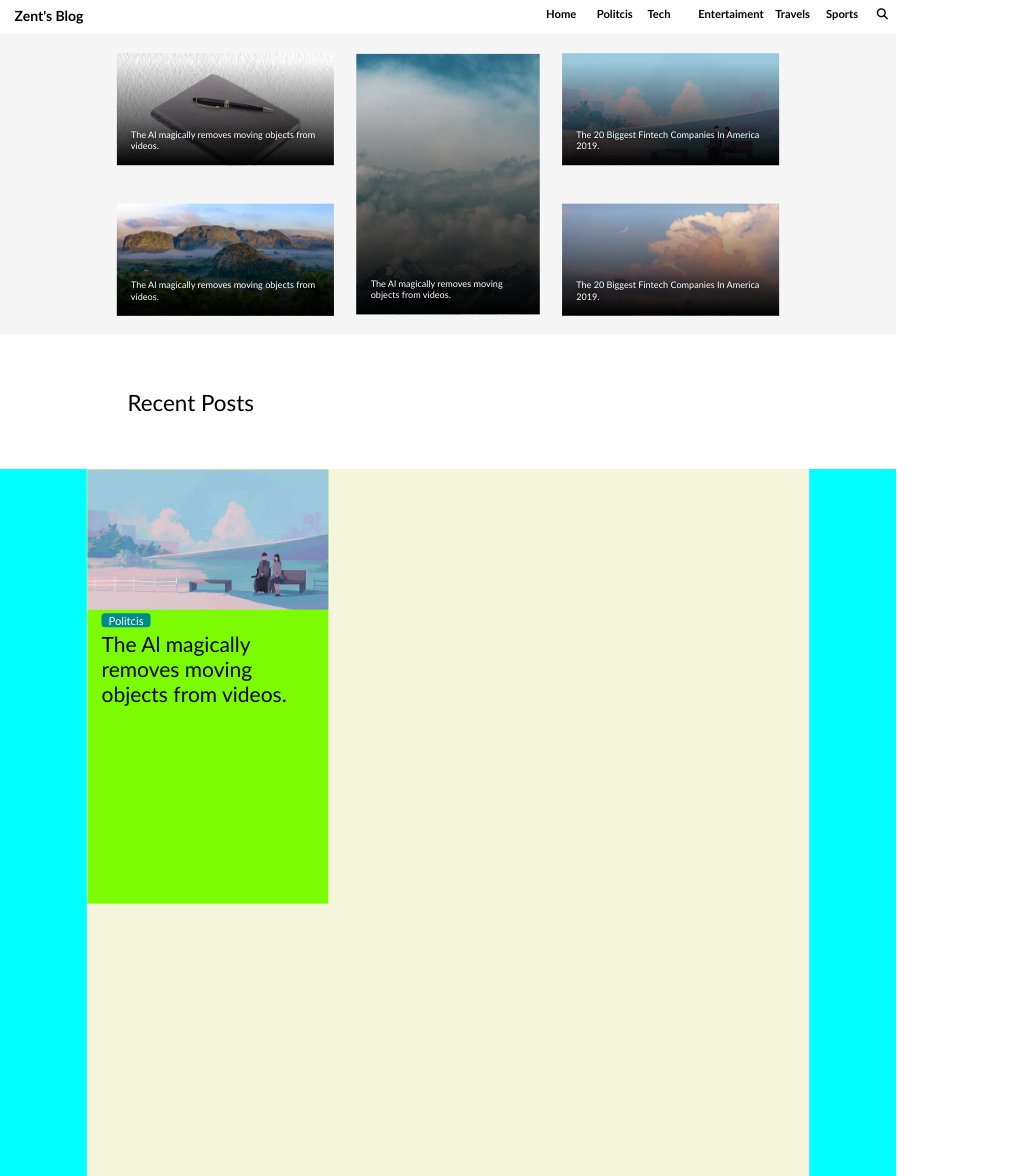
Repository: giacatdat2k5/html3
Page: html3.vs/7.1.html
These files come from the project's save history. The page is drawn as it stood at one moment and after a run of saves; the edit follows.
The browser window is 1280 px wide. The page is 1462 px wide, so the pictures cover 1462 px, including what lies to the right of the window. The pictures show the part of the page from y = 0 to 1680 px (the page is 2671 px tall), at 70% of full size.

Above is the page before, as saved 2023-09-27 15:22:43.

### html3.vs/7.1.html
<!DOCTYPE html>
<html lang="en">
<head>
    <meta charset="UTF-8">
    <meta name="viewport" content="width=device-width, initial-scale=1.0">
    <title>7.2</title>
    <link rel="stylesheet" type="text/css" href="7.1.css">
    <link rel="stylesheet" href="https://cdnjs.cloudflare.com/ajax/libs/font-awesome/6.4.2/css/all.min.css"/>
</head>
<body>
    <div id="header">
        <div class="logo">Zent's Blog </div>
        <div class="menu">
            <div class="items">Home</div>
            <div class="items">Politcis</div>
            <div class="items">Tech</div>
            <div class="items">Entertaiment</div>
            <div class="items">Travels</div>
            <div class="items">Sports</div>
            <div class="search"><i class="fa-solid fa-magnifying-glass"></i></div>
        </div>
    </div>
    <div id="content">
        <div class="left">
            <div class="imageleft">
                <div class="iamge1">
                    <div class="edit">The Al magically removes moving objects from videos.</div>
                </div>
                <div class="iamge2">
                    <div class="edit">The Al magically removes moving objects from videos.</div>
                </div>
            </div>
        </div>
        <div class="center">
            <div class="imagecenter">
                <div class="iamge3">
                    <div class="edit">The Al magically removes moving objects from videos.</div>
                </div>
            </div>
        </div>
        <div class="right">
            <div class="iamgeright">
                <div class="iamge4">
                    <div class="edit">
                        The 20 Biggest Fintech Companies In
                        America 2019.</div>
                </div>
                <div class="iamge5">
                    <div class="edit">
                        The 20 Biggest Fintech Companies In
                        America 2019.</div>
                </div>
            </div>
        </div>
    </div>
    <div id="header2">Recent Posts
    </div>
    <div id="content2">
        <div class="centercontent2">
            <div class="ccitems">
                <div class="picture"></div>
                <div class="tag">
                    <div class="tagitem">Politcis</div>
                </div>
                <div class="text">The Al magically removes moving objects from videos.</div>
            </div></div>
            </div>
            <div class="ccitems"></div>
            <div class="ccitems"></div>
            <div class="ccitems"></div>
            <div class="ccitems"></div>
            <div class="ccitems"></div>
            <div class="ccitems"></div>
            <div class="ccitems"></div>
            <div class="ccitems"></div>
        </div>
    </div>
</body>
</html>

### html3.vs/7.1.css
@media all and (min-width: 992px){
*{
    margin:0;
    padding: 0;
    font-family:'Trebuchet MS', 'Lucida Sans Unicode', 'Lucida Grande', 'Lucida Sans', Arial, sans-serif;
}
#header{
    width: 100%;
    height: 3em;
    display: flex;
    justify-content: space-between;
}
.logo{
    font-size: 20px;
    width: 120px;
    text-align: center;
    padding: 10px;
    font-weight: bold;
    font-family:'Trebuchet MS', 'Lucida Sans Unicode', 'Lucida Grande', 'Lucida Sans', Arial, sans-serif;

}
.menu{
    width: 510px;
    display: flex;
}
.items{
    width: 90px;
    padding: 10px;
    font-weight: bold;
    font-family:'Trebuchet MS', 'Lucida Sans Unicode', 'Lucida Grande', 'Lucida Sans', Arial, sans-serif;
}
.search{
    width: 30px;
    padding: 10px;
}
#content{
    width: 100%;
    height: 430px;
    background-color:whitesmoke;
    display: flex;
}
.left{
    width: 38%;
    height: 100%;

    display: flex;
    justify-content: right;
    align-items: center;
}
.center{
    width: 26%;
    height: 100%;
    display: flex;
    align-items:center;
    justify-content: center;
}
.right{
    width: 38%;
    height: 100%;

    display: flex;
    justify-content: left;
    align-items: center;
}
.imageleft{
    width: 65%;
    height: 100%;
    display: flex;
    flex-wrap: wrap;
    align-items: center;
}
.iamge1{
    background-image: url('image5.jpeg');
    background-size: cover;
    width: 100%;
    height: 160px;
    display:flex;
    align-items: end;
}
.iamge2{
    background-image: url('image3.jpeg');
    background-size: cover;
    width: 100%;
    height: 160px;
    display:flex;
    align-items: end;
}
.edit{
    width: 100%;
    height: 80%;
    background: linear-gradient(to bottom, transparent, rgba(0, 0, 0, 1));
    color:white;
    display:flex;
    align-items: end;
    padding-left: 20px;
    padding-bottom: 20px;
    padding-right: 20px;
    font-family:'Trebuchet MS', 'Lucida Sans Unicode', 'Lucida Grande', 'Lucida Sans', Arial, sans-serif;
    font-size: small;
    text-shadow: 0 0 10px rgba(0, 0, 0, 0.5);
}
.imagecenter{
    width: 80%;
    height:372px;
    align-items:center;
    justify-content: center;
}
.iamge3{
    background-image: url('anh dọc.jpeg');
    background-size: cover;
    width: 100%;
    height: 100%;
    display:flex;
    align-items: end;
}
.iamgeright{
    width: 65%;
    height: 100%;
    display: flex;
    flex-wrap: wrap;
    align-items: center;
}
.iamge4{
    background-image: url('anh ngang 1.jpeg');
    background-size: cover;
    width: 100%;
    height: 160px;
    display:flex;
    align-items: end;
}
.iamge5{
    background-image: url('ảnh ngnag 2.jpeg');
    background-size: cover;
    width: 100%;
    height: 160px;
    display:flex;
    align-items: end;
}
#header2{
    width: 100%;
    height: 6em;
    font-size:xx-large;
    display: flex;
    align-items: center;
    padding-left: 182px;
}
#content2{
    width: 100%;
    background-color: aqua;
    height: 2000px;
    display: flex;
    justify-content: center
}
.centercontent2{
    width:1032px;
    height: 93%;
    background-color: beige;
    display: flex;
    flex-wrap: wrap;
}
.ccitems{
    width: 33.33333%;
    height: 33.333333%;
    background-color:lawngreen;
    margin:1px
}
.picture{
    width: 100%px;
    height: 200px;
    background-image: url('anh ngang 1.jpeg');
    background-size: cover;
}
.tag{
    width: 90%;
    height: 30px;
    display: flex;
    align-items: center;
    padding-left: 20px;
}
.tagitem{
    width: 70px;
    height: 20px;
    color: white;
    background-color: darkcyan;
    border-radius: 5px;
    display: flex;
    justify-content: center;
    align-items: center;
}
.text{
    width: 90%;
    height: 100px;
    display: flex;
    padding-left: 20px;
    font-size: 30px;
}
}

After the next 2 saves:
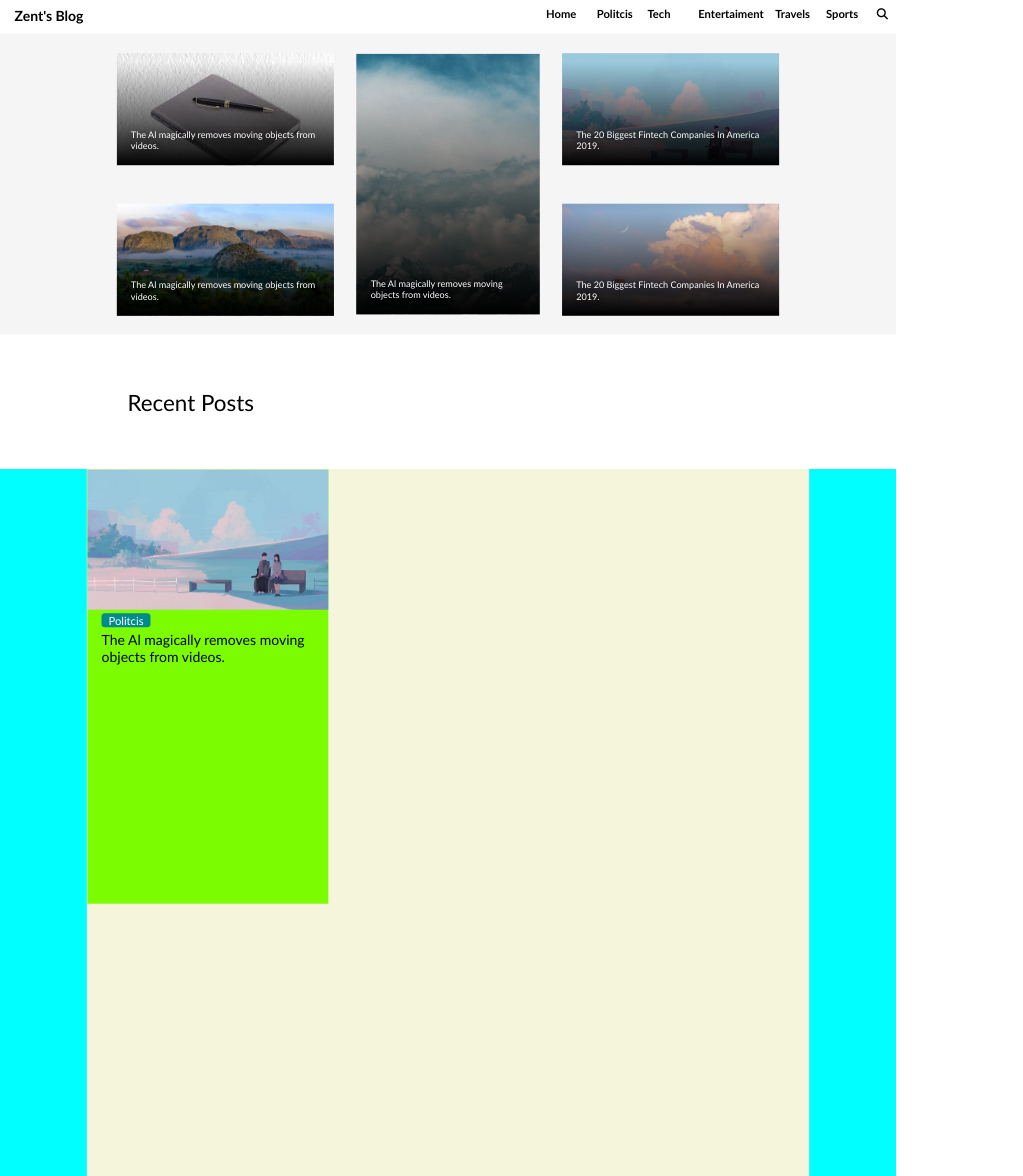
The 2 saves are shown as one change because they came seconds apart.
The last was saved 7 s later.
--- a/html3.vs/7.1.css
+++ b/html3.vs/7.1.css
@@ -192,6 +192,6 @@
     height: 100px;
     display: flex;
     padding-left: 20px;
-    font-size: 30px;
+    font-size: 20px;
 }
 }
